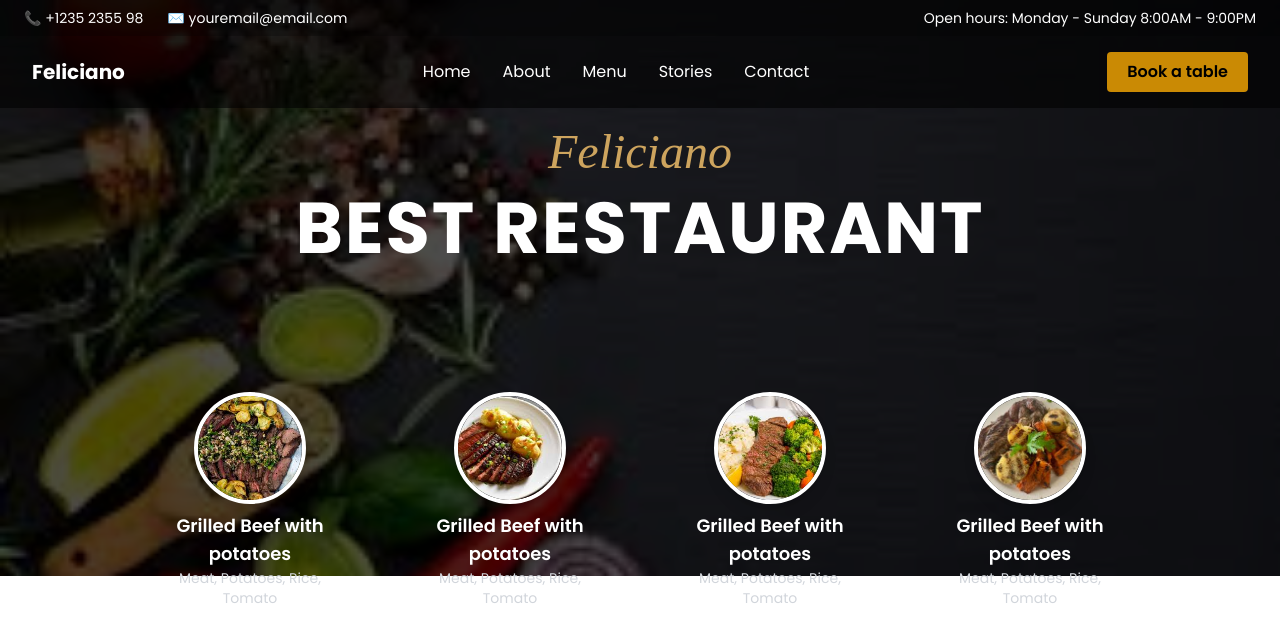
Repository: Purniagithub/Benttacproject
Page: /
These files come from the project's save history. The page is drawn as it stood at one moment and after the next save; the edit follows.
The browser window is 1280 px wide. The pictures show the whole page.
Some web fonts or font styles are not loaded; a fallback is used. The project was rebuilt for these pictures with package versions that can differ from the ones it lists, and the page was loaded fresh each time. Also part of the build but not shown: vite.config.js.

Above is the page before, as saved 2025-08-21 14:53:16.

After the next save:
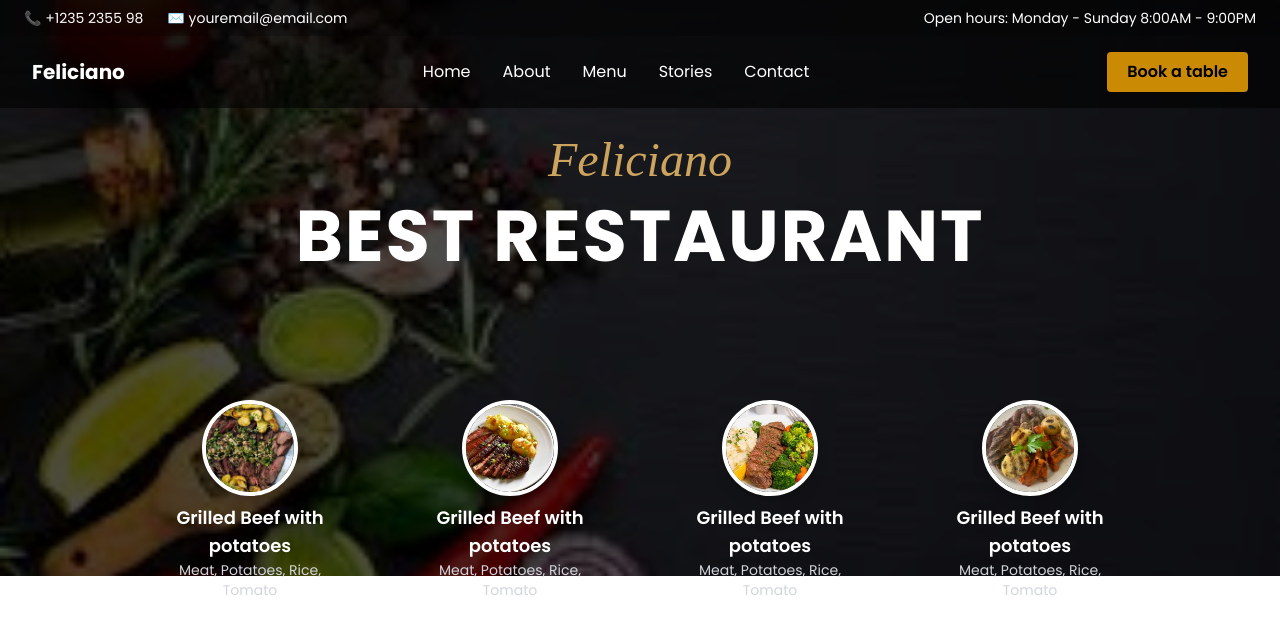
Saved 15 s later.
--- a/src/components/Hero.jsx
+++ b/src/components/Hero.jsx
@@ -33,7 +33,7 @@ const Hero = () => {
             <img
               src={dish.img}
               alt={dish.name}
-              className="w-20 h-20 md:w-28 md:h-28 object-cover rounded-full mx-auto border-4 border-white shadow-lg"
+              className="w-20 h-20 md:w-24 md:h-24 object-cover rounded-full mx-auto border-4 border-white shadow-lg"
             />
             <h3 className="mt-2 font-semibold text-base md:text-lg">{dish.name}</h3>
             <p className="text-xs md:text-sm text-gray-300">{dish.desc}</p>
